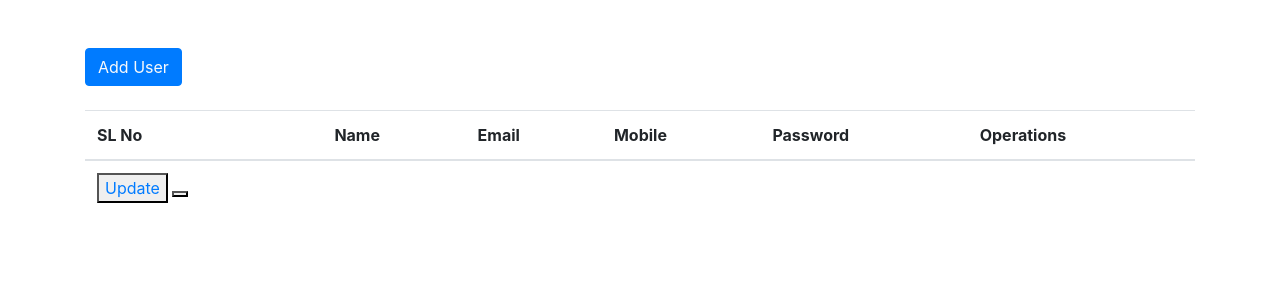
Repository: AMIT1439027/crud-app
Page: http://localhost/display.php
The author's editor kept a copy of each file at every save. The page is drawn from the files as they stood at one save, then again after the next save.
The browser window is 1280 px wide. The pictures show the whole page.
The page is run by PHP 8.4 with error messages shown; the project is at /var/www/html/. Queries for data that is not in the repository find no rows.

Above is the page before, as saved 2024-04-25 10:44:35.

### display.php
<?php
 include('connect.php');
?>
<!DOCTYPE html>
<html lang="en">
<head>
    <meta charset="UTF-8">
    <meta name="viewport" content="width=device-width, initial-scale=1.0">
    <title>crud operation</title>
    <link rel="stylesheet" href="https://cdn.jsdelivr.net/npm/bootstrap@4.0.0/dist/css/bootstrap.min.css">


</head>
<body>

<div class="container my-5">
    <button class="btn btn-primary"><a href="user.php"
    class="text-light">Add User </a></button>

    <br>
    <br>

    <table class="table">
  <thead>
    <tr>
      <th scope="col">SL No</th>
      <th scope="col">Name</th>
      <th scope="col">Email</th>
      <th scope="col">Mobile</th>
      <th scope="col">Password</th>
      <th scope="col">Operations</th>

    </tr>
  </thead>
  <tbody>

  <?php

  $sql = "select *  from crud";
  $result = mysqli_query($con,$sql);

  if($result){
    // $row =mysqli_fetch_assoc($result);
    // echo $row['name'];

    while( $row =mysqli_fetch_assoc($result)){

         $id = $row["id"];
         $name = $row["name"];
         $email =$row["email"] ;
         $mobile = $row["mobile"];
         $password = $row["password"];

         echo '
         <tr>
         <th scope="row">'.$id.'</th>
         <td>'.$name.'</td>
         <td>'.$email.'</td>
         <td>'.$mobile.'</td>
         <td>'.$password.'</td>
       </tr>

         ';
    }
  }

?>

<td>

<button><a href="">Update</a></button>
<button><a href=""></a></button>
</td>
    <!-- <tr>
      <th scope="row">1</th>
      <td>Mark</td>
      <td>Otto</td>
      <td>@mdo</td>
    </tr>
    <tr>
      <th scope="row">2</th>
      <td>Jacob</td>
      <td>Thornton</td>
      <td>@fat</td>
    </tr>
    <tr>
      <th scope="row">3</th>
      <td>Larry</td>
      <td>the Bird</td>
      <td>@twitter</td>
    </tr> -->
  </tbody>
</table>

</div>


</body>
</html>

### connect.php
<?php
  $con = new mysqli('localhost', 'root', 'mysql143', 'crudoperation');

  if(!$con){
    // echo " Connection successful";
    die(mysqli_error($con));
  }
//   }else{
//     die(mysqli_error($con));
//   }

?>

After the next save:
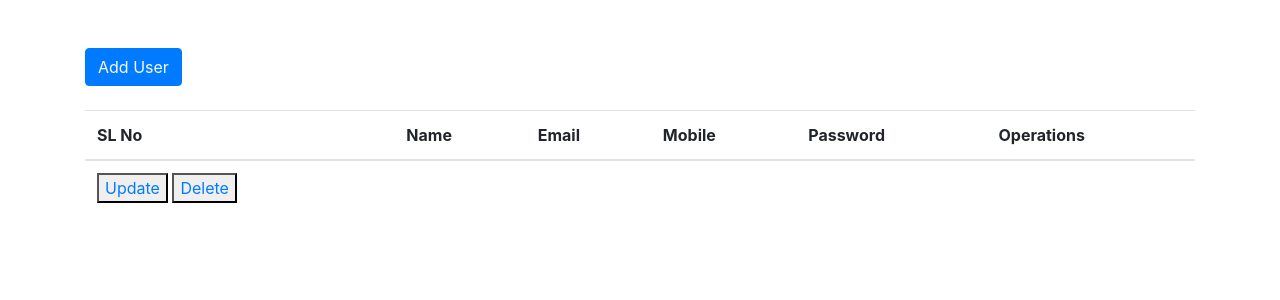
Saved 6 s later.
--- a/display.php
+++ b/display.php
@@ -69,7 +69,7 @@
 <td>
 
 <button><a href="">Update</a></button>
-<button><a href=""></a></button>
+<button><a href="">Delete</a></button>
 </td>
     <!-- <tr>
       <th scope="row">1</th>
